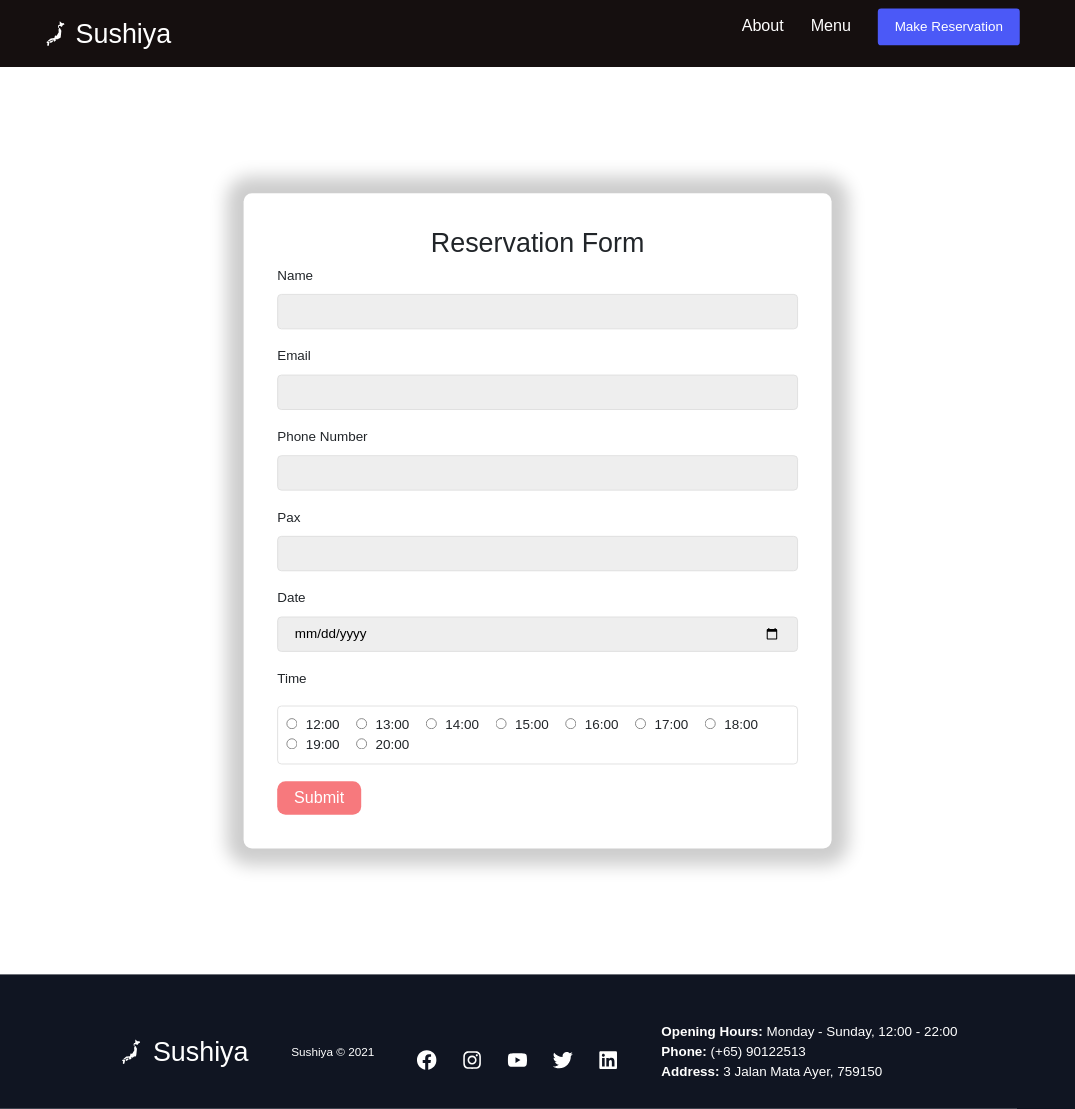
Repository: RuiXiong2211/Sushiroe
Page: /Reservation
These files come from the project's save history. The page is drawn as it stood at one moment and after the next save; the edit follows.
The browser window is 1280 px wide. The pictures show the whole page, at 84% of full size.
The project was rebuilt for these pictures with package versions that can differ from the ones it lists, and the page was loaded fresh each time. Also part of the build but not shown: src/components/InfoSection/InfoSection.elements.js, src/components/InfoSection/InfoSection.js, src/components/ProductSection/ProductSection.elements.js, src/components/ProductSection/ProductSection.js, src/data/home/Data.js, src/pages/HomePage/Home.js, src/data/menu/Data.js, src/pages/Menu/Menu.js.

Above is the page before, as saved 2021-07-12 18:03:50.

### src/App.js
import React from 'react'
import 'bootstrap/dist/css/bootstrap.min.css';
import { BrowserRouter as Router, Switch, Route } from 'react-router-dom'
import { Navbar, Footer } from './components'
import ScrollToTop from './components/ScrollToTop'
import GlobalStyle from './globalStyles'
import Home from './pages/HomePage/Home'
import Menu from './pages/Menu/Menu'
import Reservation from './pages/Reservation/ReservationPage'

function App() {
  return (
    <Router>
      <GlobalStyle />
      <ScrollToTop />
      <Navbar />
      <Switch>
        <Route path="/" exact component={Home} />
        <Route path="/Menu" exact component={Menu} />
        <Route path="/Reservation" exact component={Reservation} />
      </Switch>
      <Footer />
    </Router>
  );
}

export default App;

### src/components/index.js
export { default as Navbar } from './Navbar/Navbar.js'
export { default as Footer } from './Footer/Footer.js'
export { default as InfoSection } from './InfoSection/InfoSection.js'
export { default as ProductSection } from './ProductSection/ProductSection.js'

### src/components/ScrollToTop.js
import { useEffect } from 'react'
import { useLocation } from 'react-router-dom'

export default function ScrollToTop() {
    const { pathname } = useLocation()
    useEffect(() => {
        window.scrollTo(0, 0);
    },
    [pathname]
    )

    return null
}

### src/globalStyles.js
import styled, {createGlobalStyle} from 'styled-components'

const GlobalStyle = createGlobalStyle`
* {
    box-sizing: border-box;
    margin: 0;
    padding: 0;
    font-family: 'Source Sans Pro', sans-serif
}
`;

export const Container = styled.div`
    z-index: 1;
    width: 100%;
    max-width: 1300px;
    margin-right: auto;
    margin-left: auto;
    padding-right: 50px;
    padding-left: 50px;

    @media screen and (max-width: 991px) {
        padding-right: 30px;
        padding-left: 30px;
    }
`
export const Button = styled.button`
    border-radius: 4px;
    background: ${({primary}) => (primary ? '#4B59F7' : '#0467FB')};
    white-space: nowrap;
    padding: ${({big}) => (big ? '12px 64px' : '10px 20px')};
    color: #fff;
    font-size: ${({fontBig}) => (fontBig ? '20px' : '16px')};
    outline: none;
    border: none;
    cursor: pointer;

    &:hover {
        transition: all 0.3s ease-out;
        background: #fff;
        background: ${({primary}) => (primary ? '#0467FB' : '#4B59F7')};
    }

    @media screen and (max-width: 960px) {
        width: 100%;
    }
 `

export default GlobalStyle

### src/pages/Reservation/ReservationPage.js
import React from 'react'
import Reservation from '../../components/Reservation/Reservation'

const ReservationPage = () => {
    return (
        <>
            <Reservation />
        </>
    )
}

export default ReservationPage

### src/components/Navbar/Navbar.js
import React, { useState, useEffect } from "react";
import { Button } from '../../globalStyles';
import {
  Nav,
  NavbarContainer,
  NavLogo,
  NavIcon,
  MobileIcon,
  MobileIconButton,
  NavMenu,
  NavItem,
  NavLinks,
  NavItemBtn,
  NavBtnLink,
} from "./Navbar.elements";

const Navbar = () => {

  const [click, setClick] = useState(false)
  const [button, setButton] = useState(true)

  const handleClick = () => setClick(!click)
  const showButton = () => {
      if (window.innerWidth <= 960) {
          setButton(false)
      } else {
        setButton(true)

      }
  }

  useEffect(() => {
      showButton()
  }, [])

  window.addEventListener('resize', showButton);


  return (
    <>
      <Nav>
        <NavbarContainer>
          <NavLogo to="/">
            <NavIcon />
            Sushiya
          </NavLogo>
          <MobileIcon onClick={handleClick}>
            <MobileIconButton click={click} />
          </MobileIcon>
          <NavMenu onClick={handleClick} click={click}>
              <NavItem>
                  <NavLinks to='/'>
                      About
                  </NavLinks>
              </NavItem>
              <NavItem>
                  <NavLinks to='/Menu'>
                      Menu
                  </NavLinks>
              </NavItem>
              <NavItemBtn>
                {button ? (
                  <NavBtnLink to='/Reservation'>
                    <Button primary>
                      Make Reservation
                      </Button>
                  </NavBtnLink>
                ) : (
                  <NavBtnLink to='/Reservation'>
                    <Button fontBig primary>
                      Make Reservation
                    </Button>
                  </NavBtnLink>
                )}
              </NavItemBtn>
          </NavMenu>
        </NavbarContainer>
      </Nav>
    </>
  );
};

export default Navbar;

### src/components/Footer/Footer.js
import React from "react";

import {
  FaFacebook,
  FaInstagram,
  FaYoutube,
  FaTwitter,
  FaLinkedin,
} from "react-icons/fa";

import {
  FooterContainer,
  SocialMedia,
  SocialMediaWrap,
  SocialLogo,
  SocialIcon,
  WebsiteRights,
  SocialIcons,
  SocialIconLink,
  ContactUs,
} from "./Footer.elements";

function Footer() {
  return (
    <FooterContainer>
      <SocialMedia>
        <SocialMediaWrap>
          <SocialLogo to="/">
            <SocialIcon />
            Sushiya
          </SocialLogo>
          <WebsiteRights>Sushiya © 2021</WebsiteRights>
          <SocialIcons>
            <SocialIconLink href="/" target="_blank" aria-label="Facebook">
              <FaFacebook />
            </SocialIconLink>
            <SocialIconLink href="/" target="_blank" aria-label="Instagram">
              <FaInstagram />
            </SocialIconLink>
            <SocialIconLink
              href=
                "https:youtube.com/"
              rel="noopener noreferrer"
              target="_blank"
              aria-label="Youtube"
            >
              <FaYoutube />
            </SocialIconLink>
            <SocialIconLink href="/" target="_blank" aria-label="Twitter">
              <FaTwitter />
            </SocialIconLink>
            <SocialIconLink href="/" target="_blank" aria-label="LinkedIn">
              <FaLinkedin />
            </SocialIconLink>
          </SocialIcons>
          <ContactUs>
          <strong>Opening Hours: </strong>
          Monday - Sunday,
          12:00 - 22:00
          <br/>
          <strong>Phone: </strong>
          (+65) 90122513
          <br/>
          <strong>Address: </strong>
          3 Jalan Mata Ayer, 759150
      </ContactUs>
        </SocialMediaWrap>
      </SocialMedia>
    </FooterContainer>
  );
}

export default Footer;

### src/components/Reservation/Reservation.js
import React, { useState } from "react";

import {
  Header,
  StyledFormWrapper,
  StyledForm,
  StyledInput,
  StyledError,
  StyledButton,
  StyledFieldset
} from "./Reservation.elements";

const Reservation = () => {

  let initialState = {
    name: "",
    email: "",
    phone: "",
    pax: "",
    date: "",
    time: "",
  };

  const [state, setState] = useState(initialState);
  const [error, setError] = useState("");

  const handleSubmit = (e) => {
    e.preventDefault();
    console.log(state);

    for (let key in state) {
      if (state[key] === "") {
        setError(`*You must provide the ${key} details.`);
        return;
      }
    }
    setError('*We have received your reservation!');
    initialState = {
        name: "",
        email: "",
        phone: "",
        pax: "",
        date: "",
        time: "",
      };
    setState(initialState)
    console.log(state)
  };

  const handleInput = (e) => {
    const inputField = e.currentTarget.name;
    const value = e.currentTarget.value;

    setState((prev) => ({ ...prev, [inputField]: value }));
  };

  return (
    <>
      <StyledFormWrapper>
        <StyledForm onSubmit={handleSubmit}>
          <Header>Reservation Form</Header>
          <label htmlFor="name"> Name </label>
          <StyledInput
            type="text"
            name="name"
            value={state.name}
            onChange={handleInput}
          />
          <label htmlFor="email"> Email </label>
          <StyledInput
            type="email"
            name="email"
            value={state.email}
            onChange={handleInput}
          />
          <label htmlFor="phone"> Phone Number </label>
          <StyledInput
            type="text"
            name="phone"
            value={state.phone}
            onChange={handleInput}
          />
          <label htmlFor="pax"> Pax </label>
          <StyledInput
            type="number"
            name="pax"
            min="0"
            max="5"
            value={state.pax}
            onChange={handleInput}
          />
          <label htmlFor="date"> Date </label>
          <StyledInput
            type="date"
            name="date"
            min="2021-07-12"
            value={state.date}
            onChange={handleInput}
          />
          <label htmlFor="time"> Time </label>
          <StyledFieldset>
            <label>
              <input
                type="radio"
                value="12:00"
                name="time"
                checked={state.time === '12:00'}
                onChange={handleInput}
              />
              12:00
            </label>
            <label>
              <input
                type="radio"
                value="13:00"
                name="time"
                checked={state.time === '13:00'}
                onChange={handleInput}
              />
              13:00
            </label>
            <label>
              <input
                type="radio"
                value="14:00"
                name="time"
                checked={state.time === '14:00'}
                onChange={handleInput}
              />
              14:00
            </label>
            <label>
              <input
                type="radio"
                value="15:00"
                name="time"
                checked={state.time === '15:00'}
                onChange={handleInput}
              />
              15:00
            </label>
            <label>
              <input
                type="radio"
                value="15:00"
                name="time"
                checked={state.time === '15:00'}
                onChange={handleInput}
              />
              16:00
            </label>
            <label>
              <input
                type="radio"
                value="17:00"
                name="time"
                checked={state.time === '17:00'}
                onChange={handleInput}
              />
              17:00
            </label>
            <label>
              <input
                type="radio"
                value="18:00"
                name="time"
                checked={state.time === '18:00'}
                onChange={handleInput}
              />
              18:00
            </label>
            <label>
              <input
                type="radio"
                value="19:00"
                name="time"
                checked={state.time === '19:00'}
                onChange={handleInput}
              />
              19:00
            </label>
            <label>
              <input
                type="radio"
                value="20:00"
                name="time"
                checked={state.time === '20:00'}
                onChange={handleInput}
              />
              20:00
            </label>

          </StyledFieldset>
          {error && (
            <StyledError>
              <p>{error}</p>
            </StyledError>
          )}
          <StyledButton type="submit">Submit</StyledButton>
        </StyledForm>
      </StyledFormWrapper>
    </>
  );
};

export default Reservation;

### src/components/Navbar/Navbar.elements.js
import styled from 'styled-components'
import { Container } from '../../globalStyles'
import { Link } from 'react-router-dom'
import { FaTimes, FaBars } from 'react-icons/fa'
import { GiJapan } from 'react-icons/gi'

export const Nav = styled.nav`
    background: #150f0f;
    height: 80px;
    display: flex;
    justify-content: center;
    align-items: center;
    font-size: 1.2rem;
    position: sticky;
    top: 0;
    z-index: 999;
`;

export const NavbarContainer = styled(Container)`
    display: flex;
    justify-content: space-between;
    height: 80px;

    ${Container}
`;

export const NavLogo = styled(Link)`
    color: #fff;
    justify-self: flex-start;
    cursor: pointer;
    text-decoration: none;
    font-size: 2rem;
    display: flex;
    align-items: center;
`;

export const NavIcon = styled(GiJapan)`
    margin-right: 0.5rem;
`;

export const MobileIcon = styled.div`
    display: none;

    @media screen and (max-width: 960px) {
        display: block;
        position: absolute;
        top: 0;
        right: 0;
        transform: translate(-100%, 60%);
        font-size: 1.8rem;
        cursor: pointer;
        color: #fff;
    }
`

export const MobileIconButton = ({click}) => {
    return (
        click ? <FaTimes /> : <FaBars />
    )
}

export const NavMenu = styled.ul`
    display: flex;
    align-items: center;
    list-style: none;
    text-align: center;

    @media screen and (max-width: 960px) {
        display: flex;
        flex-direction: column;
        width: 100%;
        height: 90vh;
        position: absolute;
        top: 80px;
        left: ${({click}) => (click ? 0 : '-100%')};
        opacity: 1;
        transition: all 0.5s ease;
        background: #101522;
    }
`

export const NavItem = styled.li`
    height: 80px;
    border-bottom: 2px solid transparent;

    &:hover {
        border-bottom: 2px solid yellow;
    }

    @media screen and (max-width: 960px) {
        width: 100%;

        &:hover {
            border: none;
        }
    }
`

export const NavLinks = styled(Link)`
    color: #fff;
    display: flex;
    align-items: center;
    text-decoration: none;
    padding: 0.5rem 1rem;
    height: 100%;

    @media screen and (max-width: 960px) {
        text-align: center;
        padding: 2rem;
        width: 100%;
        display: table;

        &:hover {
            color: #4b59f7;
            transition: all 0.3s ease;
        }
    }
`

export const NavItemBtn = styled.li`
  @media screen and (max-width: 960px) {
    display: flex;
    justify-content: center;
    align-items: center;
    width: 100%;
    height: 120px;
  }
`

export const NavBtnLink = styled(Link)`
  display: flex;
  justify-content: center;
  align-items: center;
  text-decoration: none;
  padding: 8px 16px;
  height: 100%;
  width: 100%;
  border: none;
  outline: none;
`

### src/components/Footer/Footer.elements.js
import styled from 'styled-components';
import { GiJapan } from 'react-icons/gi'
import { Link } from 'react-router-dom';

export const FooterContainer = styled.div`
  background-color: #101522;
  padding: 1rem 0 1rem 0;
  display: flex;
  flex-direction: column;
  justify-content: center;
  align-items: center;
`;

export const SocialMedia = styled.section`
  max-width: 1300px;
  width: 100%;
`;

export const SocialMediaWrap = styled.div`
  display: flex;
  justify-content: space-between;
  align-items: center;
  width: 90%;
  max-width: 1000px;
  margin: 40px auto 0 auto;
  @media screen and (max-width: 820px) {
    flex-direction: column;
  }
`;

export const SocialLogo = styled(Link)`
  color: #fff;
  justify-self: start;
  cursor: pointer;
  text-decoration: none;
  font-size: 2rem;
  display: flex;
  align-items: center;
  margin-bottom: 16px;
`;

export const SocialIcon = styled(GiJapan)`
  margin-right: 10px;
`;

export const WebsiteRights = styled.small`
  color: #fff;
  margin-bottom: 16px;
`;

export const SocialIcons = styled.div`
  display: flex;
  justify-content: space-between;
  align-items: center;
  width: 240px;
`;

export const SocialIconLink = styled.a`
  color: #fff;
  font-size: 24px;
`;

export const ContactUs = styled.div`
    color: #fff;
    font-size: 16px;
    padding: 0 0 1rem 0;
`

### src/components/Reservation/Reservation.elements.js
import styled, {css} from 'styled-components'

const sharedStyles = css`
    background-color: #eee;
    height: 40px;
    border-radius: 5px;
    border: 1px solid #ddd;
    margin: 10px 0 20px 0;
    padding: 20px;
    box-sizing: border-box;
`

export const Header = styled.h2`
    text-align: center;
`

export const StyledFormWrapper = styled.div`
    display: flex;
    justify-content: center;
    align-items: center;
    height: 150vh;
    padding: 0 20px;
`

export const StyledForm = styled.form`
    width: 100%;
    max-width: 700px;
    padding: 40px;
    background-color: #fff;
    border-radius: 10px;
    box-sizing: border-box;
    box-shadow: 0px 0px 20px 20px rgba(0, 0, 0, 0.2);
`
export const StyledInput = styled.input`
    display: block;
    width: 100%;
    ${sharedStyles};
`

export const StyledButton = styled.button`
    display: block;
    background-color: #f7797d;
    color: #fff;
    font-size: 1.2rem;
    border: 0;
    border-radius: 10px;
    height: 40px;
    padding: 0 20px;
    cursor: pointer;
    box-sizing: border-box;

    &:hover{
        background-color: crimson;
    }
`

export const StyledError = styled.div`
    color: black;
    font-weight: 400;
    margin: 0 0 40px 40px;
`
export const StyledFieldset = styled.fieldset`
  border: 1px solid #ddd;
  border-radius: 5px;
  padding: 10px;
  margin: 20px 0;
  legend {
    padding: 0 10px;
  }
  label {
    padding-right: 20px;
  }
  input {
    margin-right: 10px;
  }
`;

Loaded but not shown: public/index.html (common file); src/index.js (common file)

After the next save:
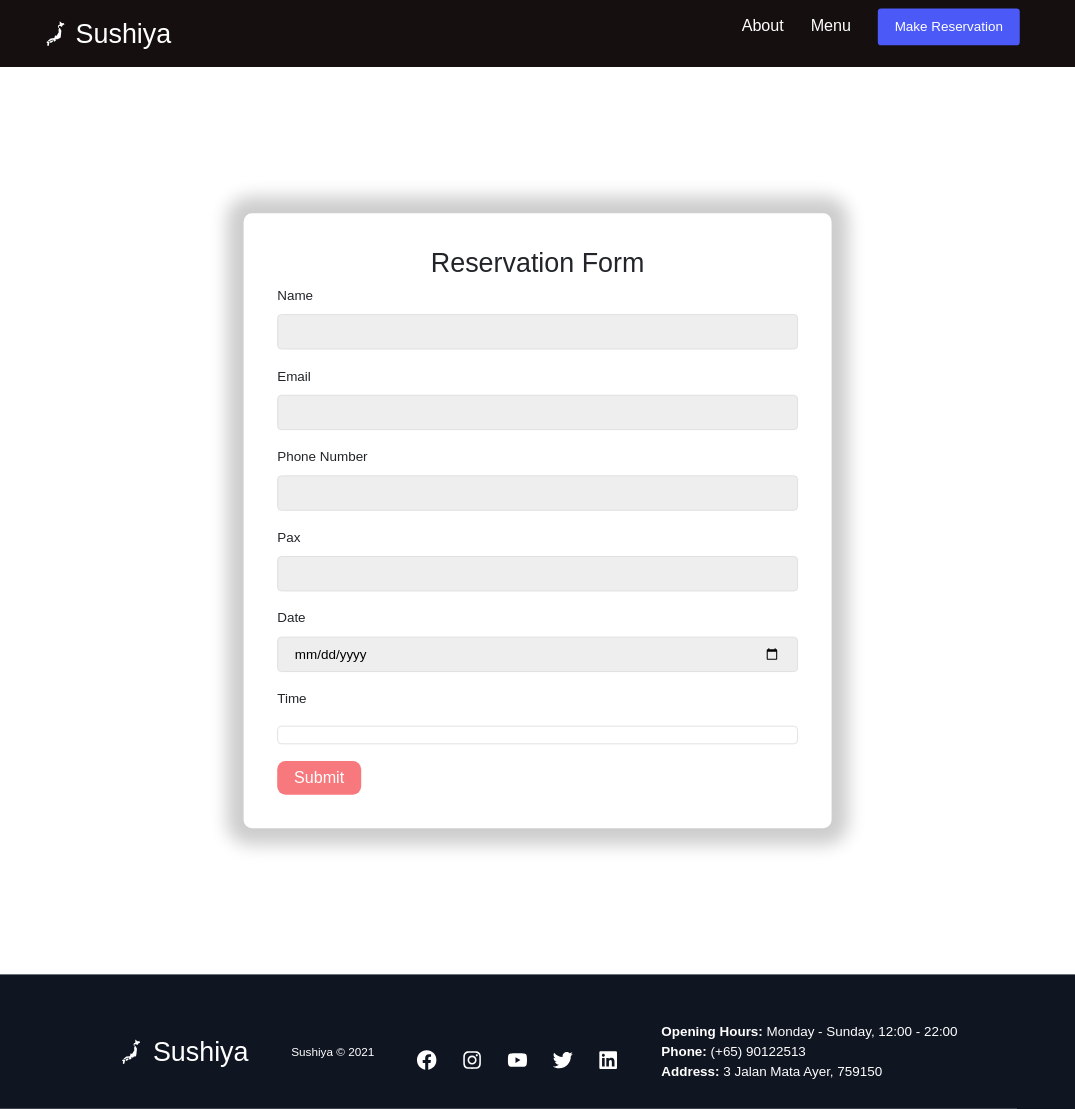
Saved 8 min 43 s later.
--- a/src/components/Reservation/Reservation.js
+++ b/src/components/Reservation/Reservation.js
@@ -7,11 +7,10 @@ import {
   StyledInput,
   StyledError,
   StyledButton,
-  StyledFieldset
+  StyledFieldset,
 } from "./Reservation.elements";
 
 const Reservation = () => {
-
   let initialState = {
     name: "",
     email: "",
@@ -34,17 +33,17 @@ const Reservation = () => {
         return;
       }
     }
-    setError('*We have received your reservation!');
+    setError("*We have received your reservation!");
     initialState = {
-        name: "",
-        email: "",
-        phone: "",
-        pax: "",
-        date: "",
-        time: "",
-      };
-    setState(initialState)
-    console.log(state)
+      name: "",
+      email: "",
+      phone: "",
+      pax: "",
+      date: "",
+      time: "",
+    };
+    setState(initialState);
+    console.log(state);
   };
 
   const handleInput = (e) => {
@@ -52,6 +51,22 @@ const Reservation = () => {
     const value = e.currentTarget.value;
 
     setState((prev) => ({ ...prev, [inputField]: value }));
+  };
+
+  const radioButtons = () => {
+      let startTime = 12
+    for (let i = 0; i < 9; i++) {
+      <label>
+        <input
+          type="radio"
+          value={startTime}
+          name="time"
+          checked={state.time === "12:00"}
+          onChange={handleInput}
+        />
+        {startTime + ":00"}
+      </label>;
+    }
   };
 
   return (
@@ -99,97 +114,7 @@ const Reservation = () => {
           />
           <label htmlFor="time"> Time </label>
           <StyledFieldset>
-            <label>
-              <input
-                type="radio"
-                value="12:00"
-                name="time"
-                checked={state.time === '12:00'}
-                onChange={handleInput}
-              />
-              12:00
-            </label>
-            <label>
-              <input
-                type="radio"
-                value="13:00"
-                name="time"
-                checked={state.time === '13:00'}
-                onChange={handleInput}
-              />
-              13:00
-            </label>
-            <label>
-              <input
-                type="radio"
-                value="14:00"
-                name="time"
-                checked={state.time === '14:00'}
-                onChange={handleInput}
-              />
-              14:00
-            </label>
-            <label>
-              <input
-                type="radio"
-                value="15:00"
-                name="time"
-                checked={state.time === '15:00'}
-                onChange={handleInput}
-              />
-              15:00
-            </label>
-            <label>
-              <input
-                type="radio"
-                value="15:00"
-                name="time"
-                checked={state.time === '15:00'}
-                onChange={handleInput}
-              />
-              16:00
-            </label>
-            <label>
-              <input
-                type="radio"
-                value="17:00"
-                name="time"
-                checked={state.time === '17:00'}
-                onChange={handleInput}
-              />
-              17:00
-            </label>
-            <label>
-              <input
-                type="radio"
-                value="18:00"
-                name="time"
-                checked={state.time === '18:00'}
-                onChange={handleInput}
-              />
-              18:00
-            </label>
-            <label>
-              <input
-                type="radio"
-                value="19:00"
-                name="time"
-                checked={state.time === '19:00'}
-                onChange={handleInput}
-              />
-              19:00
-            </label>
-            <label>
-              <input
-                type="radio"
-                value="20:00"
-                name="time"
-                checked={state.time === '20:00'}
-                onChange={handleInput}
-              />
-              20:00
-            </label>
-
+            <radioButtons />
           </StyledFieldset>
           {error && (
             <StyledError>
